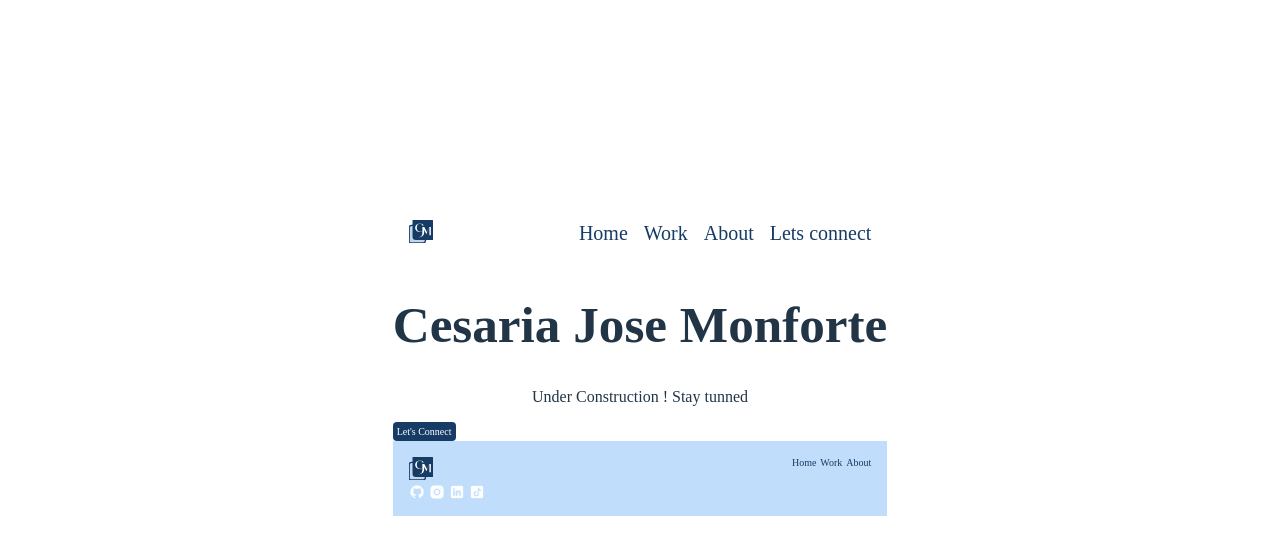
Repository: CesariaMonforte/cesariamonforte
Page: /
An editor plug-in stored every save of this project. The page is shown before and after the next save, followed by the edit.
The browser window is 1280 px wide. The pictures show the whole page.
The project was rebuilt for these pictures with package versions that can differ from the ones it lists, and the page was loaded fresh each time. Also part of the build but not shown: vite.config.js.

Above is the page before, as saved 2026-01-25 13:25:27.

### index.html
<!doctype html>
<html lang="en">
  <head>
    <meta charset="UTF-8" />
    <link rel="icon" type="image/svg+xml" href="/Logo.svg" />
    <meta name="viewport" content="width=device-width, initial-scale=1.0" />
    <title>cesariamonforte</title>
  </head>
  <body>
    <div id="root"></div>
    <script type="module" src="/src/main.jsx"></script>
  </body>
</html>

### src/index.css
a {
    font-weight: 500;
    color: #163c66;
    text-decoration: inherit;
}
a:hover {
    color: #535bf2;
}

body {
    margin: 0;
    display: flex;
    place-items: center;
    min-width: 320px;
    min-height: 100vh;
}

h1 {
    font-size: 3.2em;
    line-height: 1.1;
}

button {
    border-radius: 8px;
    border: 1px solid transparent;
    padding: 0.6em 1.2em;
    font-size: 1em;
    font-weight: 500;
    font-family: inherit;
    background-color: #1a1a1a;
    cursor: pointer;
    transition: border-color 0.25s;
}
button:hover {
    border-color: #646cff;
}
button:focus,
button:focus-visible {
    outline: 4px auto -webkit-focus-ring-color;
}

@media (prefers-color-scheme: light) {
    :root {
        color: #213547;
        background-color: #ffffff;
    }
    a:hover {
        color: #747bff;
    }
    button {
        background-color: #f9f9f9;
    }
}

/* ------------------------------------------------------ VARIABLES ------------------------------------------------------ */
:root {
    /* ----- COLORS ----- */
    --primary-50: #ebf4fe;
    --primary-100: #c0ddfb;
    --primary-200: #a2ccf9;
    --primary-300: #78b5f7;
    --primary-400: #5da6f5;
    --primary-500: #3590f3;
    --primary-600: #3083dd;
    --primary-700: #2666ad;
    --primary-800: #1d4f86;
    --primary-900: #163c66;

    --secondary-500: #aadc66;
    --secondary-100: #e5f4d0;
    --secondary-700: #799c48;
    /* -- neutral colors -- */

    --bege-500: #fdf7eb;
    --white: #ffffff;
    --black-500: #060606;
    --black-400: #383838;
    --black-300: #585858;
    --black-200: #8c8c8c;
    --black-100: #b2b2b2;
    --black-50: #e6e6e6;

    /* -- warn colors -- */

    --yellow-500: #ffbf00;
    --orange-500: #ff6600;
    --red-500: #ff2f3d;

    /* ----- TYPE ----- */
    --font-family: "Bricolage Grotesque", sans-serif;

    --font-size-extra-large: 88px;
    --font-size-large: 30px;
    --font-size-extra-medium: 24px;
    --font-size-medium: 20px;
    --font-size-regular: 16px;
    --font-size-small: 12px;
    --font-size-extra-small: 10px;

    --font-style-normal: normal;
    --font-weight-bold: bold;

    --line-height-xxlarge: 100px;
    --line-height-large: 36px;
    --line-height-medium: 28px;
    --line-height-small: 20px;

    /* ----- SPACING ----- */
    --space-extra-small: 4px;
    --space-small: 8px;
    --space-regular: 16px;
    --space-medium: 32px;
    --space-large: 48px;
    --space-extra-large: 140px;
}

### src/App.jsx
import { useState } from "react";
import "./App.css";

import NavBar from "./_ui/NavBar/NavBar";
import Footer from "./_ui/Footer/Footer";
import RegButton from "./_ui/RegButton/RegButton";

function App() {
    function handleConnect() {}

    return (
        <div>
            <NavBar />

            <div>
                <h1>Cesaria Jose Monforte</h1>
                <p>Under Construction ! Stay tunned</p>
            </div>

            <RegButton
                button_text="Let's Connect"
                onclick={handleConnect}
            />

            <Footer />
        </div>
    );
}

export default App;

### src/_ui/NavBar/NavBar.jsx
import styles from "./NavBar.module.css";

function NavBar({
}) {

    return (
        <div className={styles.navbar}>

            <div >
            <img src="/Logo.svg" alt="logo" className={styles.logo}/>
            </div>

            <div className={styles.navLinks}>
                <a href="/">Home</a>
                <a href="/">Work</a>
                <a href="/">About</a>
                <div>
                Lets connect
                </div>
            </div>

        </div>

    );
}
export default NavBar;

### src/_ui/Footer/Footer.jsx
import styles from "./Footer.module.css";

function Footer({}) {
    return (
        <div className={styles.footer_container}>
            <div className={styles.container_logo_connection}>
                <img
                    src='/Logo.svg'
                    alt='logo'
                    className={styles.logo}
                />
                <div className={styles.connection_links}>
                    <img
                        src='/GitHub.svg'
                        alt='logo'
                        className={styles.connection}
                    />
                    <img
                        src='/Instagram.svg'
                        alt='logo'
                        className={styles.connection}
                    />
                    <img
                        src='/LinkedIn.svg'
                        alt='logo'
                        className={styles.connection}
                    />
                    <img
                        src='/TikTok.svg'
                        alt='logo'
                        className={styles.connection}
                    />
                </div>
            </div>

            <div className={styles.navLinks}>
                <a href='/'>Home</a>
                <a href='/'>Work</a>
                <a href='/'>About</a>
            </div>
        </div>
    );
}
export default Footer;

### src/_ui/RegButton/RegButton.jsx
import styles from "./RegButton.module.css";

function RegButton({ button_text, onclick }) {
    return (
        <>
            <div
                onclick={onclick}
                className={styles.button_reg}>
                {button_text}
            </div>
        </>
    );
}

export default RegButton;

### src/_ui/NavBar/NavBar.module.css
/* Extra small devices  */
@media (min-width: 200px) {
    .navbar {
        display: flex;
        flex-direction: row;
        justify-content: space-between;
        align-items: center;
        padding: 1rem;
        background-color: var(--white);
    }
    .navLinks {
        display: flex;
        flex-direction: row;
        justify-content: space-between;
        align-items: center;
        color: var(--primary-900);
        gap: 1rem;
        font-size: var(--font-size-extra-small);
    }
    .logo {
        width: 24px;
        height: auto;
    }
}

/* Regular iphone and tablet */

@media (min-width: 600px) {
    .navbar {
        display: flex;
        flex-direction: row;
        justify-content: space-between;
        align-items: center;
        padding: 1rem;
        background-color: var(--white);
    }
    .navLinks {
        display: flex;
        flex-direction: row;
        justify-content: space-between;
        align-items: center;
        color: var(--primary-900);
        gap: 1rem;
        font-size: var(--font-size-small);
    }
    .logo {
        width: 24px;
        height: auto;
    }
}

/* Laptops Desktop Devices */
@media (min-width: 900px) {
    .navbar {
        display: flex;
        flex-direction: row;
        justify-content: space-between;
        align-items: center;
        padding: 1rem;
        background-color: var(--white);
    }
    .navLinks {
        display: flex;
        flex-direction: row;
        justify-content: space-between;
        align-items: center;
        color: var(--primary-900);
        gap: 1rem;
        font-size: var(--font-size-medium);
    }
    .logo {
        width: 24px;
        height: auto;
    }
}

/* Extra large Desktop Devices */
@media (min-width: 1300) {
    .navbar {
        display: flex;
        flex-direction: row;
        justify-content: space-between;
        align-items: center;
        padding: 1rem;
        background-color: var(--white);
    }
    .navLinks {
        display: flex;
        flex-direction: row;
        justify-content: space-between;
        align-items: center;
        color: var(--primary-900);
        gap: 1rem;
        font-size: var(--font-size-medium);
    }
    .logo {
        width: 24px;
        height: auto;
    }
}

### src/_ui/Footer/Footer.module.css
/* Extra small devices  */
@media (min-width: 200px) {
    .footer_container {
        display: flex;
        flex-direction: row;

        align-items: flex-start;
        justify-content: space-between;
        padding: 1rem;
        background-color: var(--primary-100);
    }
    .navLinks {
        display: flex;
        flex-direction: row;
        gap: var(--space-extra-small);
        align-items: flex-end;
        color: var(--primary-900);
        font-size: var(--font-size-extra-small);
    }
    .logo {
        width: 24px;
        height: auto;
    }

    .container_logo_connection {
        display: flex;
        flex-direction: column;
        align-items: flex-start;
        gap: var(--space-extra-small);
    }

    .connection_links {
        display: flex;
        flex-direction: row;
        gap: var(--space-extra-small);
    }
    .connection {
        width: 16px;
        height: auto;
    }
}

/* Regular iphone and tablet */

@media (min-width: 600px) {
    .footer_container {
        display: flex;
        flex-direction: row;
        justify-content: space-between;
        align-items: flex-start;
        padding: 1rem;
        background-color: var(--primary-100);
    }
    .navLinks {
        display: flex;
        flex-direction: row;
        gap: var(--space-extra-small);
        align-items: flex-end;
        color: var(--primary-900);
        font-size: var(--font-size-extra-small);
    }
    .logo {
        width: 24px;
        height: auto;
    }

    .container_logo_connection {
        display: flex;
        flex-direction: column;
        align-items: flex-start;
        gap: var(--space-extra-small);
    }

    .connection_links {
        display: flex;
        flex-direction: row;
        gap: var(--space-extra-small);
    }
    .connection {
        width: 16px;
        height: auto;
    }
}

/* Laptops Desktop Devices */
@media (min-width: 900px) {
    .footer_container {
        display: flex;
        justify-content: space-between;
        flex-direction: row;
        align-items: flex-start;
        padding: 1rem;
        background-color: var(--primary-100);
    }
    .navLinks {
        display: flex;
        flex-direction: row;
        gap: var(--space-extra-small);
        align-items: flex-end;
        color: var(--primary-900);
        font-size: var(--font-size-extra-small);
    }
    .logo {
        width: 24px;
        height: auto;
    }

    .container_logo_connection {
        display: flex;
        flex-direction: column;
        align-items: flex-start;
        gap: var(--space-extra-small);
    }

    .connection_links {
        display: flex;
        flex-direction: row;
        gap: var(--space-extra-small);
    }
    .connection {
        width: 16px;
        height: auto;
    }
}

/* Extra large Desktop Devices */
@media (min-width: 1300) {
    .navbar {
        display: flex;
        flex-direction: row;
        justify-content: space-between;
        align-items: center;
        padding: 1rem;
        background-color: var(--white);
    }
    .navLinks {
        display: flex;
        flex-direction: row;
        justify-content: space-between;
        align-items: center;
        color: var(--primary-900);
        gap: 1rem;
        font-size: var(--font-size-medium);
    }
    .logo {
        width: 24px;
        height: auto;
    }
}

### src/_ui/RegButton/RegButton.module.css
.button_reg {
    background-color: var(--primary-900);
    border-radius: var(--space-extra-small);
    color: var(--white);
    font-size: var(--font-size-extra-small);
    padding: var(--space-extra-small);
    width: fit-content;
    height: auto;
}

Loaded but not shown: src/main.jsx (common file); src/App.css (common file)

After the next save:
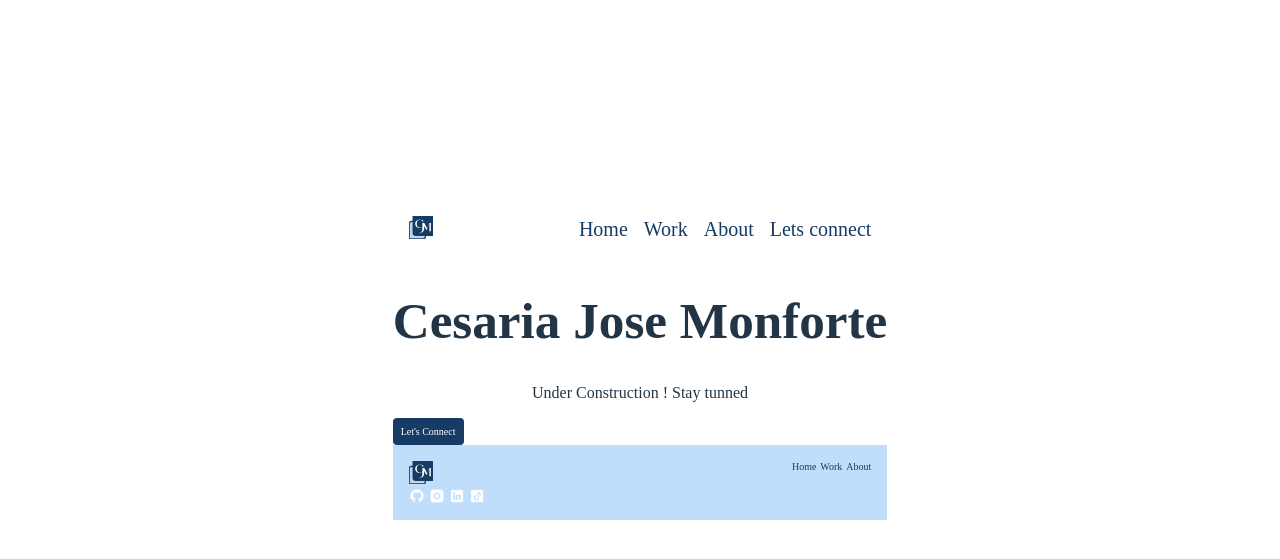
Saved 8 s later.
--- a/src/_ui/RegButton/RegButton.module.css
+++ b/src/_ui/RegButton/RegButton.module.css
@@ -3,7 +3,7 @@
     border-radius: var(--space-extra-small);
     color: var(--white);
     font-size: var(--font-size-extra-small);
-    padding: var(--space-extra-small);
+    padding: var(--space-small);
     width: fit-content;
     height: auto;
 }

After the save that followed:
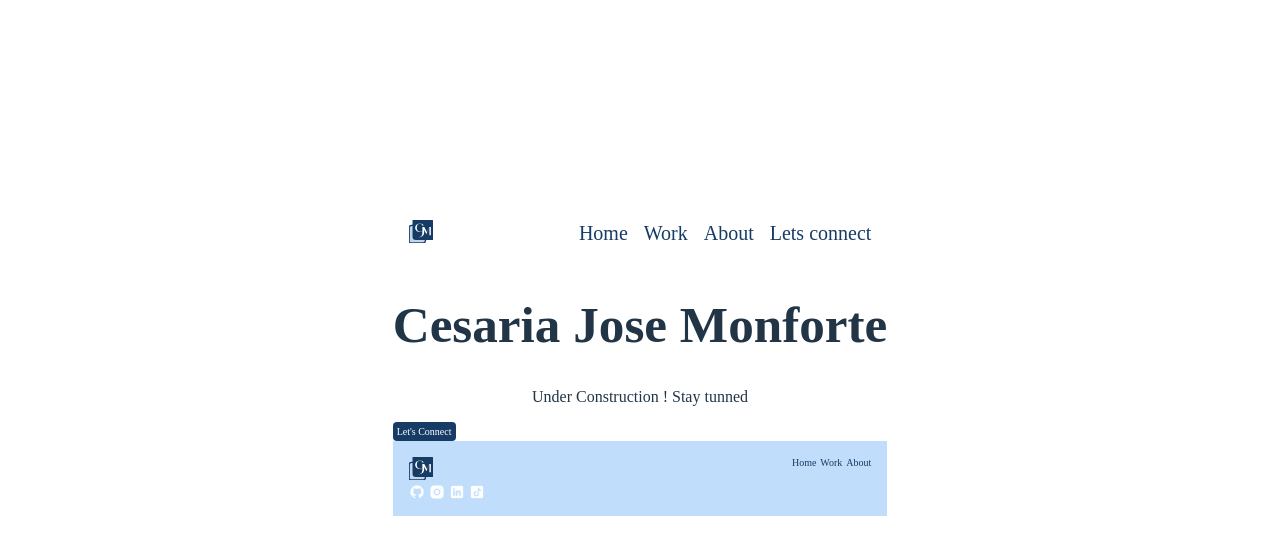
Saved 11 s later.
--- a/src/_ui/RegButton/RegButton.module.css
+++ b/src/_ui/RegButton/RegButton.module.css
@@ -3,7 +3,7 @@
     border-radius: var(--space-extra-small);
     color: var(--white);
     font-size: var(--font-size-extra-small);
-    padding: var(--space-small);
+    padding: var(--space-extra-small);
     width: fit-content;
     height: auto;
 }
